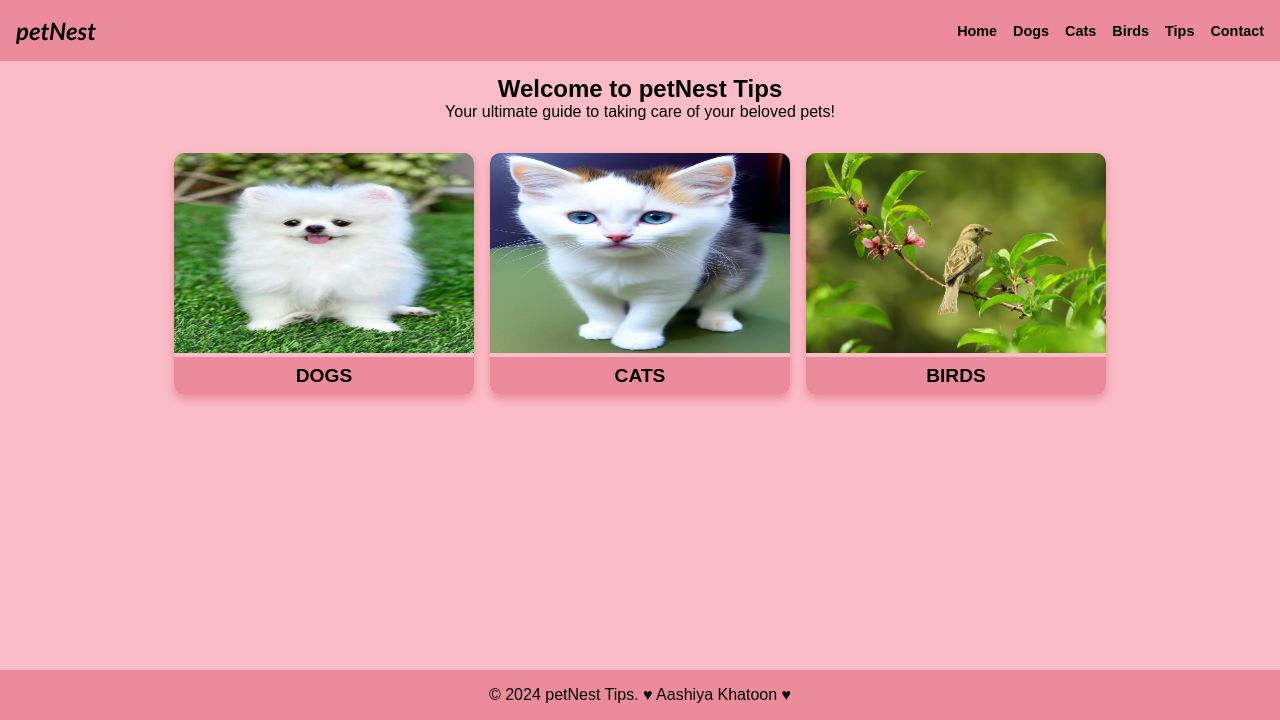
Repository: SHAHZADcodr/pet_care
Page: index.html
The author's editor kept a copy of each file at every save. The page is drawn from the files as they stood at one save, then again after the next save.
The browser window is 1280 px wide. The pictures show the whole page.

Above is the page before, as saved 2024-11-04 23:42:58.

### index.html
<!DOCTYPE html>
<html lang="en">
<head>
    <meta charset="UTF-8">
    <meta name="viewport" content="width=device-width, initial-scale=1.0">
    <!-- <meta http-equiv="refresh" content="3"> -->
    <title>www.petNest.com/</title>
    <link rel="stylesheet" href="style.css">
</head>
<body>
    <header>
        <nav>
            <h1 id="webName"><i><strong>petNest</strong></i></h1>
            <ul id="nav-links">
                <li><a href="index.html">Home</a></li>
                <li><a href="pages/dog.html">Dogs</a></li>
                <li><a href="pages/cat.html">Cats</a></li>
                <li><a href="pages/bird.html">Birds</a></li>
                <li><a href="pages/tips.html">Tips</a></li>
                <li><a href="pages/contact.html" id="you">Contact</a></li>
            </ul>
        </nav>
    </header>

    <main>
        <section class="intro">
            <div class="welcome-text">
                <h2>Welcome to petNest Tips</h2>
                <p>Your ultimate guide to taking care of your beloved pets!</p>
            </div>
        </section>

        <section class="categories-slider">
            <div class="slider-container">
                <div class="category-card">
                    <img src="images/my_dog.jpg" alt="Dog">
                    <a href="pages/dog.html">Dogs</a>
                </div>
                <div class="category-card">
                    <img src="images/catimage.jpg" alt="Cat">
                    <a href="pages/cat.html">Cats</a>
                </div>
                <div class="category-card">
                    <img src="images/main_bird.jpeg" alt="Bird">
                    <a href="pages/bird.html">Birds</a>
                </div>
            </div>
        </section>
    </main>

    <footer>
        <p>&copy; 2024 petNest Tips.  &hearts; Aashiya Khatoon &hearts;</p>
    </footer>

    <script src="code.js"></script>
</body>
</html>

### style.css
/* General Reset */
* {
    margin: 0;
    padding: 0;
    box-sizing: border-box;
}
/*Used variable for color naming*/
:root{
    --bg-background-color:rgb(236, 139, 155);
    --bg--body-color:rgb(250, 189, 199);
}
/* Basic Layout */
body {
    font-family: Arial, sans-serif;
    display: flex;
    flex-direction: column;
    min-height: 100vh;
    background-color:var(--bg--body-color);
}

header {
    background-color:var(--bg-background-color);
    padding: 1rem;
    color: black;;
}

nav {
    display: flex;
    justify-content: space-between;
    align-items: center;
}

#nav-links {
    list-style-type: none;
    display: flex;
    gap: 1rem;
}

#nav-links a {
    color:black;
    text-decoration: none;
    font-size:0.9rem;
    font-weight: 600;
    transition:color 0.2s;
}
#nav-links a:hover{
    color:white!important;
}

 #nav-links  #you{
    cursor:url(/images/cursor.svg)3 3,auto !important;
}
/*Website name*/
#webName{
    font-family: 'Gill Sans', 'Gill Sans MT', Calibri, 'Trebuchet MS', sans-serif;
}
#webName:hover{
    color:aliceblue;
}

/* Welcome Section */
.intro {
    text-align: center;
    margin-top:2vh;
}

.welcome-text {
    margin-top:2vh;

}


/* Categories Slider */
.categories-slider {
    padding: 2rem 0;
}

.slider-container {
    display: flex;
    justify-content: center;
    gap: 1rem;
    flex-wrap: wrap; /* Allow items to wrap on smaller screens */
}

/* Individual Cards */
.category-card {
    background-color:var(--bg--body-color);
    border-radius: 10px;
    overflow: hidden;
    box-shadow: 0 4px 8px var(--bg-background-color);
    text-align: center;
    width: 300px; /* Fixed width for cards */
    transition: transform 0.3s;
}

.category-card:hover {
    transform: scale(1.05); /* Slightly enlarge on hover */
}

/* Style for the images */
.category-card img {
    width: 100%;
    height: 200px!important; /* Set a fixed height for all images */
    height: auto; /* Maintain aspect ratio */
}

/* Link styling for category cards */
.category-card a {
    text-decoration: none;
    color:black;
    text-transform: uppercase;
    font-size: 1.2rem;
    font-weight: bold;
    background-color:var(--bg-background-color); /* Match header color */
    padding: 0.5rem;
    border-radius: 0 0 10px 10px; /* Rounded bottom corners */
    display: block;
}
.category-card a:hover{
    color:white!important;

}
/* Footer */
footer {
    background-color:var(--bg-background-color);
    color:black;
    text-align: center;
    padding: 1rem;
    margin-top: auto;
}

/* Responsive Design */
@media (max-width: 768px) {
    .slider-container {
        justify-content: center;
    }

    .category-card {
        width: 80%; /* Make cards wider on smaller screens */
    }
}

@media (max-width: 480px) {
    .category-card {
        width: 100%; /* Full width on very small screens */
    }
}

Loaded but not shown: code.js (empty)

After the next save:
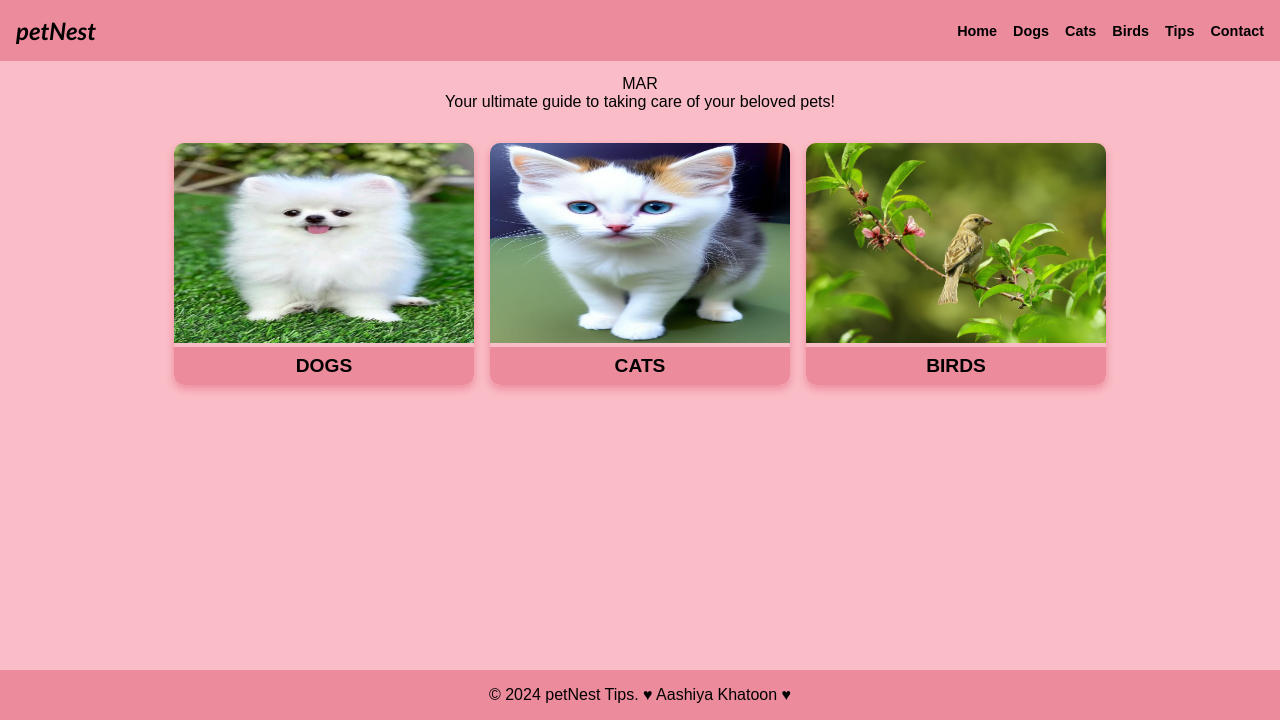
Saved 16 s later.
--- a/index.html
+++ b/index.html
@@ -25,7 +25,7 @@
     <main>
         <section class="intro">
             <div class="welcome-text">
-                <h2>Welcome to petNest Tips</h2>
+               MAR
                 <p>Your ultimate guide to taking care of your beloved pets!</p>
             </div>
         </section>
